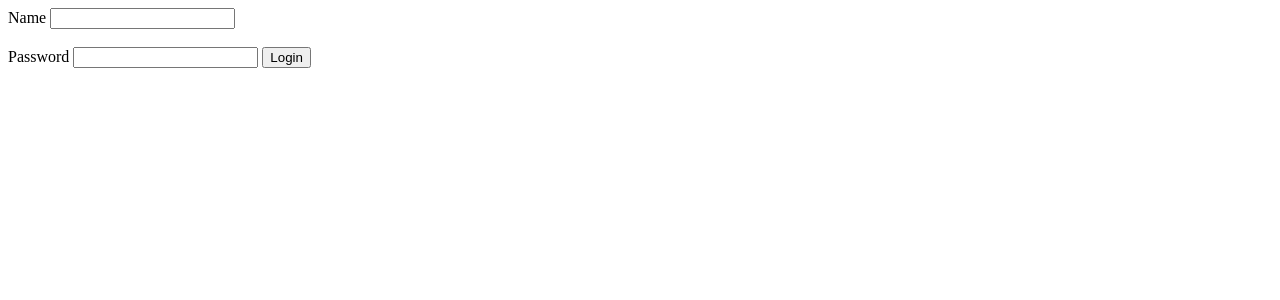
Repository: rajasuriya012001/Assessments
Page: demosample/Assesment1/src/main/webapp/bank.html
These files come from the project's save history. The page is drawn as it stood at one moment and after the next save; the edit follows.
The browser window is 1280 px wide. The pictures show the whole page.

Above is the page before, as saved 2022-06-10 03:58:08.

After the next save:
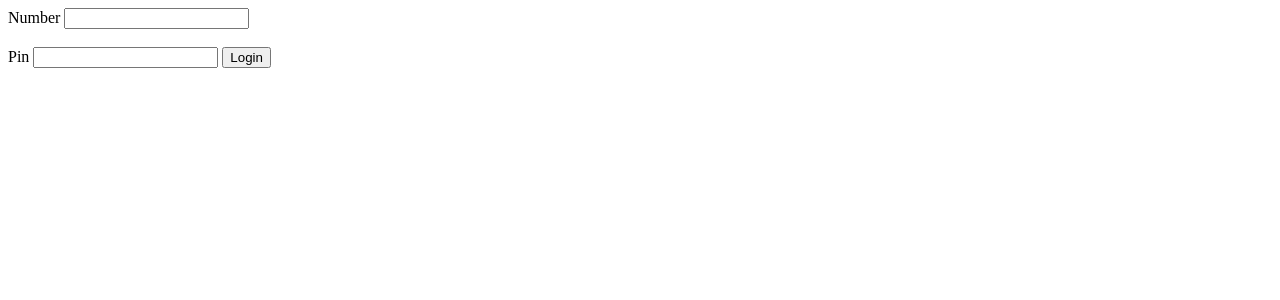
Saved 4 min 39 s later.
--- a/demosample/Assesment1/src/main/webapp/bank.html
+++ b/demosample/Assesment1/src/main/webapp/bank.html
@@ -6,10 +6,10 @@
 </head>
 <body>
 <form action="post">
-Name
-<input type="text" name="txtName"/><br><br>
-Password
-<input type="password" name="txtPassword"/>
+Number
+<input type="text" name="number"/><br><br>
+Pin
+<input type="password" name="pin"/>
 <input type="submit" value="Login" formaction="BankValue"/>
 </body>
 </html>
